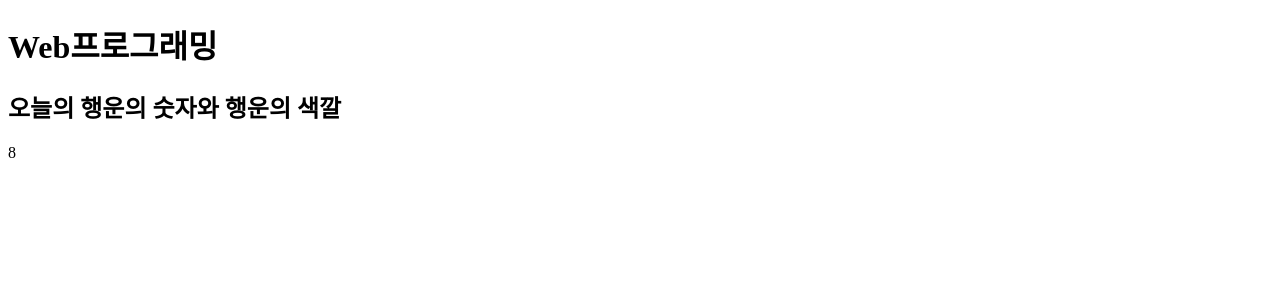
Repository: mickey530/jsp_practice
Page: http://localhost/JSPBasic/JspTag/TagQ01.jsp
The author's editor kept a copy of each file at every save. The page is drawn from the files as they stood at one save, then again after the next save.
The browser window is 1280 px wide. The pictures show the whole page.
The page is served by Tomcat 9.

Above is the page before, as saved 2022-01-28 05:22:50.

After the next save:
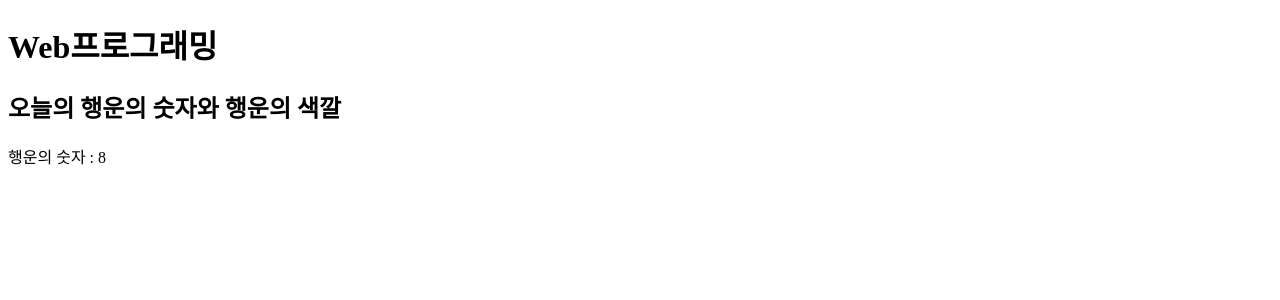
Saved 13 s later.
--- a/JSPBasic/src/main/webapp/JspTag/TagQ01.jsp
+++ b/JSPBasic/src/main/webapp/JspTag/TagQ01.jsp
@@ -22,9 +22,7 @@
 <h1>Web프로그래밍</h1>
 
 <h2>오늘의 행운의 숫자와 행운의 색깔</h2>
-<%
-	out.println(randomNumber());
-%>
+행운의 숫자 : <% out.println(randomNumber()); %>
 
 </body>
 </html>
